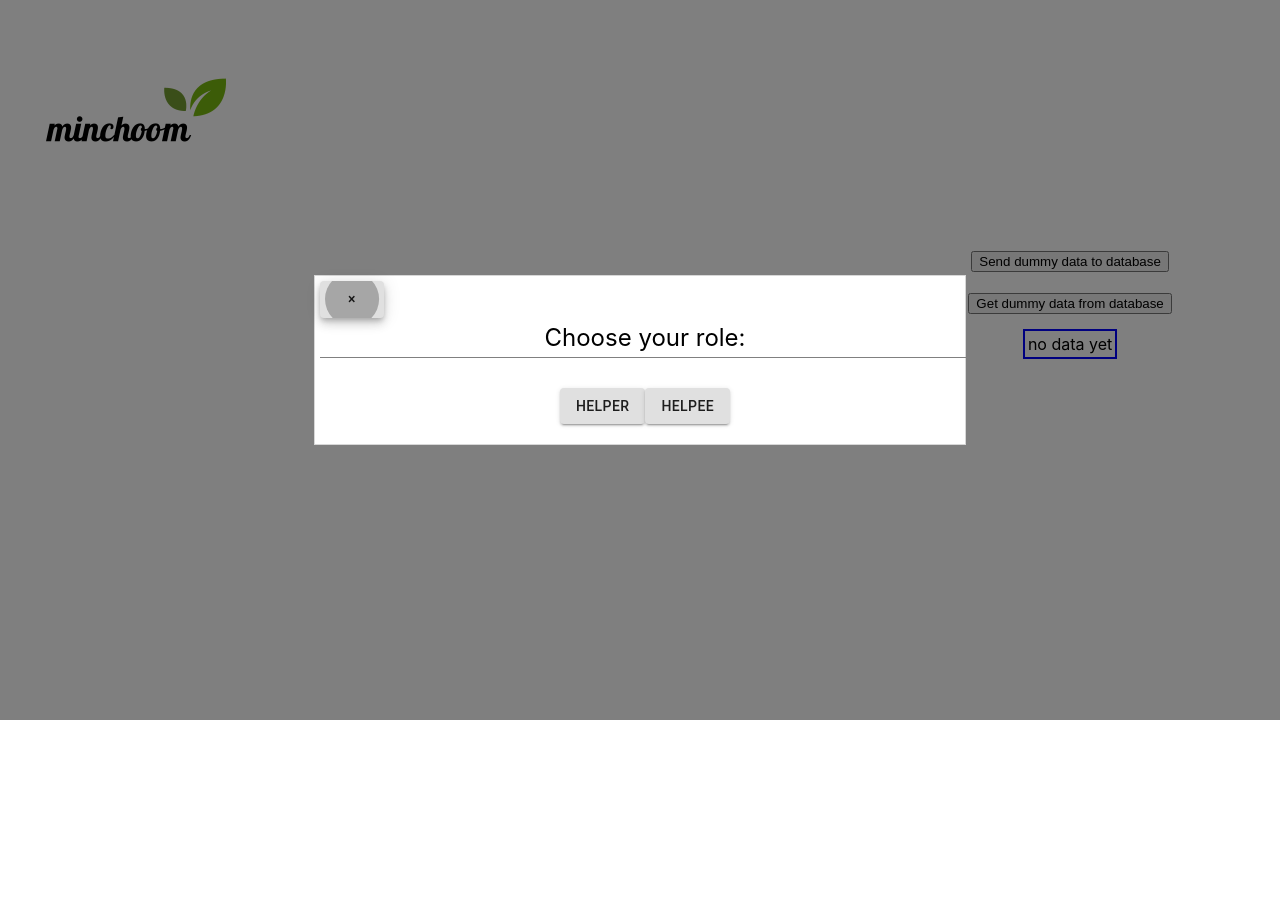
Repository: jeongeonp/MinChoAvengers
Page: / (app in minchoom/)
These files come from the project's save history. The page is drawn as it stood at one moment and after the next save; the edit follows.
The browser window is 1280 px wide. The pictures show the whole page.
The project was rebuilt for these pictures with package versions that can differ from the ones it lists, and the page was loaded fresh each time.

Above is the page before, as saved 2020-11-19 17:01:21.

### minchoom/src/App.js
import React, { Component } from 'react';
import { BrowserRouter as Router, Route } from 'react-router-dom';
import Home from './components/Home'



class App extends Component {
  constructor(props) {
    super(props);
  }
  render() {

    return (
      <Router>
          <Route exact path="/" component={Home}></Route>
      </Router>
    );
  }
}

export default App;

### minchoom/src/components/Home.js
import React, { Component } from 'react';
import ReactPlayer from 'react-player'
import { Header, Input, Form, Button, Progress, Dimmer, Loader } from 'semantic-ui-react';
import '../App.css';
import logo from'../minchoom-logo.png';
import Chat from './Chat';
import Modal from './Modal';

const databaseURL = "https://minchoom-cs473.firebaseio.com/";

class Home extends Component {
    constructor(props) {
        super(props);
        this.state = {
            playing: false,
            playbackRate: 1.0,
            modalOpen: true,
            dummyData: "no data yet",
        }
        this.sendData = this.sendData.bind(this);
        this.getData = this.getData.bind(this);
        this.closeModal = this.closeModal.bind(this);
    }

    sendData = () => {
        const sampleString = "Sent at " + new Date() + "- last dummy data from firebase."
        const sampleDict = {text: "Sent at " + new Date() + "- last dummy data from firebase."}
        return fetch( `${databaseURL+'/dummyData'}/.json`, {
            method: 'PATCH',
            body: JSON.stringify(sampleDict)
        }).then(res => {
            if (res.status !== 200) {
                throw new Error(res.statusText);
            }
            return res.json();
        }).then(() => {
            console.log("Dummy data succesfully sent!")
        })
    }

    getData = () => {
        fetch( `${databaseURL+'/dummyData'}/.json`).then(res => {
            if (res.status !== 200) {
                throw new Error(res.statusText);
            }
            return res.json();
        }).then(res => {
            const keys = Object.keys(res)
            console.log(res)
            this.setState({
                dummyData: res["text"],
            })
        })
    }

    closeModal(){
        this.setState({modalOpen: false})
      }

    render() {
        const { } = this.props;
        const {playing, playbackRate, dummyData, modalOpen} = this.state;
        const { sendData, getData } = this;
        return (
            <div className="Home">
                <div className="header-bar">
                    <div className="header-title">
                        <img src={logo} alt="fireSpot"/>
                    {/*
                    <Header as="h1">
                        Minchoom 🌿
                    </Header>
                    */}
                    </div>
                </div>
                <div className="main-page">
                <div className="split-left"  tabIndex="1">
                    <div className="main-video">
                    <ReactPlayer ref={this.ref} playing={playing}
                    playbackRate={playbackRate} id="video"  width="100%" height="100%" controls url = {'https://www.youtube.com/watch?v=rj_YjNakQ5k'} onPause={this._onPause}
                    onPlay={this._onPlay}
                    onReady={this._onReady}
                    onProgress={this.handleProgress}
                    onDuration={this.handleDuration}
                    onSeek={this._onSeek}>
                    </ReactPlayer>
                    </div>
                </div>
                <div className="split-right" >
                    <Chat>

                    </Chat>
                    <button type="button" onClick={sendData}>Send dummy data to database</button> <br/> <br/>
                    <button type="button" onClick={getData}>Get dummy data from database</button> <br/> <br/>
                    { dummyData
                        ?
                        <span style={{border: "2px solid blue", padding: "3px", margin: "3px"}}>{dummyData}</span>
                        :
                        <span> no data yet</span>
                    }
                </div>
                </div>
                <Modal open={modalOpen} closeModal={this.closeModal}></Modal>
            </div>
        )
    }
}
export default Home;

### minchoom/src/App.css

.Home {
  text-align: center;
  height: 100vh;
}
.header-title {
  margin: 10px 10px;
}

.header-bar{
  justify-content: left;
  display: grid;
  margin-left: 2%;
  grid-auto-flow: column dense;
}


.main-page {
  width: 100%;
  height: 90%;
  display: flex;
}

.split-left {
  width: 70%;
  height: 100%;
  margin-left: 2%;
  margin-top: 2%;
  overflow-x: hidden;
  overflow-y: hidden;
  left: 0;
}
.split-right {
  width: 30%;
  height: 100%;
  margin-right: 2%;
  margin-top: 2%;
  overflow-x: hidden;
  overflow-y: hidden;
  right: 0;
}
.main-video {
  /* top: 10%; */
  width: 90%;
  height: 70%;

}

.modal {
  font-size: 17px;
}
.modal > .header {
  width: 100%;
  border-bottom: 1px solid gray;
  font-size: 24px;
  text-align: center;
  padding: 5px;
}
.modal > .content {
  width: 100%;
  padding: 10px 5px 10px;
  text-align: center;
  font-size: 20px;
}
.modal > .actions {
  width: 100%;
  padding: 10px 5px 15px;
  margin: auto;
  text-align: center;

}
.button{
  margin: 5px;
}


@keyframes App-logo-spin {
  from {
    transform: rotate(0deg);
  }
  to {
    transform: rotate(360deg);
  }
}

### minchoom/src/components/Chat.js
import React from "react";
import Popup from "reactjs-popup";
import '../App.css';

export default class Chat extends React.Component {
    constructor(props) {
        super(props);
        this.state = {

          };
      }




    render() {

       return null;

    }};

### minchoom/src/components/Modal.js
import React from "react";
import Popup from "reactjs-popup";
import '../App.css';
import 'reactjs-popup/dist/index.css';
import Button from '@material-ui/core/Button';

export default class Modal extends React.Component {
    constructor(props) {
        super(props);
        this.state = {

          };
      }


      handleChange(event) {
        this.setState({input: event.target.value});
      }

      handleSubmit(event, close) {

        return false;
      }



    render() {
        const { open, closeModal, } = this.props;
        return (
            <Popup  open={open} position="top center" >
              {close => (
                <div className="modal">
                  <Button className="close"  variant="contained"  onClick={close}>
                    &times;
                  </Button>
                  <div className="header"> Choose your role: </div>
                  <div className="content">
                  {" "}
                  </div>
                  <div className="actions">
                  <Button className="button" variant="contained" onClick={() => { console.log("modal closed "); closeModal();
                      //send to server
                    }}>
                      Helper
                  </Button>
                  <Button className="button" variant="contained" onClick={() => { console.log("modal closed "); closeModal();
                      //send to server
                    }}>
                      Helpee
                  </Button>
                  </div>
                </div>
              )}

            </Popup>
        )
    }};

Loaded but not shown: minchoom/public/index.html (common file); minchoom/src/index.js (common file); minchoom/src/index.css (common file); minchoom/src/reportWebVitals.js (common file)

After the next save:
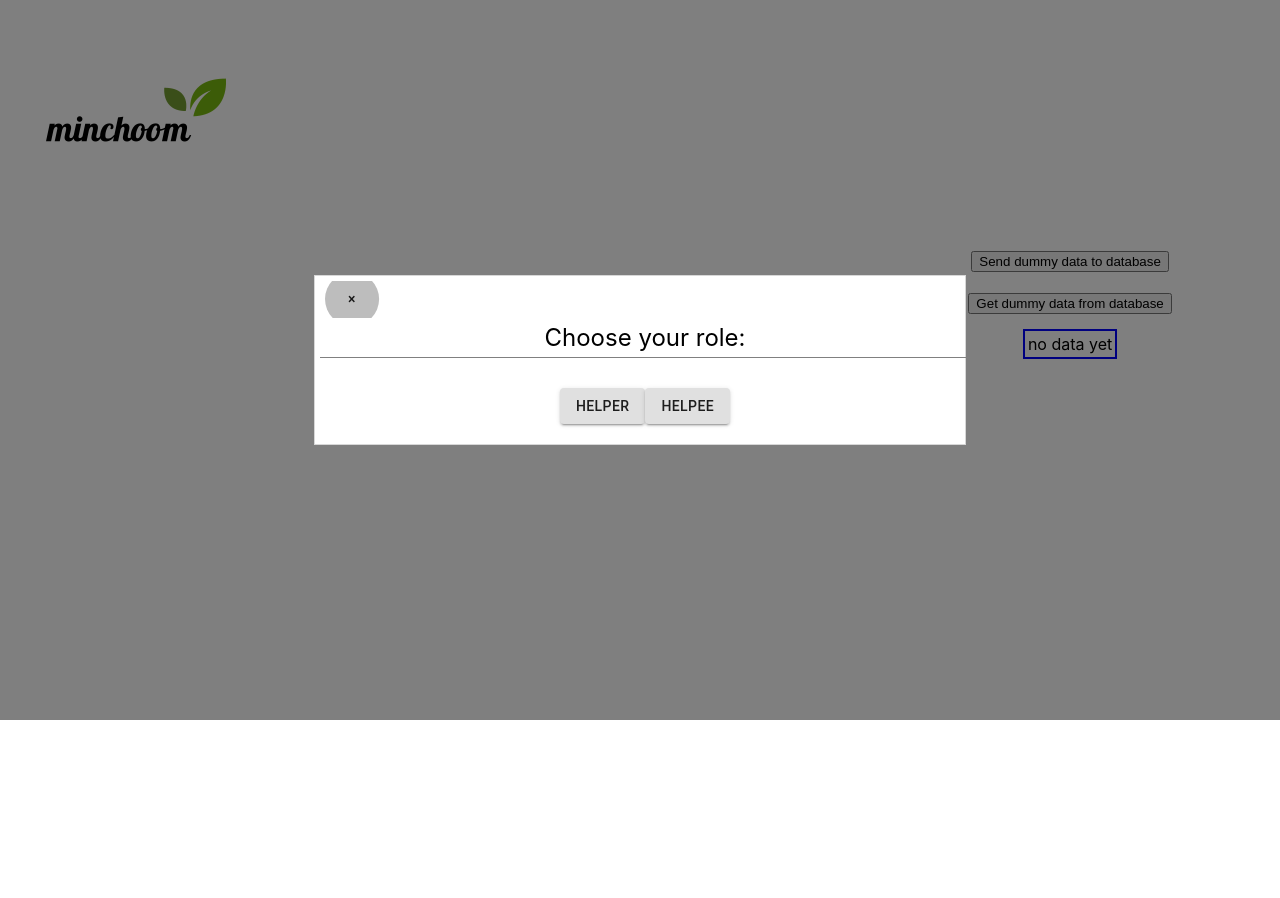
Saved 106 s later.
--- a/minchoom/src/components/Modal.js
+++ b/minchoom/src/components/Modal.js
@@ -30,7 +30,7 @@
             <Popup  open={open} position="top center" >
               {close => (
                 <div className="modal">
-                  <Button className="close"  variant="contained"  onClick={close}>
+                  <Button className="close"  onClick={close}>
                     &times;
                   </Button>
                   <div className="header"> Choose your role: </div>
